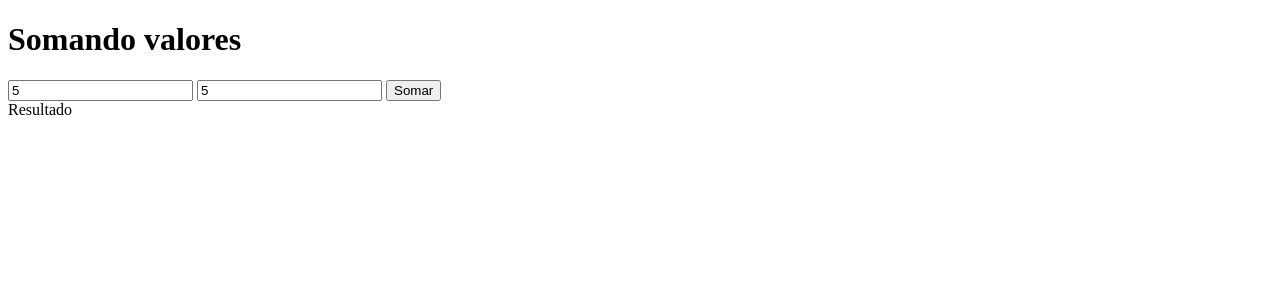
Repository: Iamjordana/Curso-JavaScript
Page: ex007/index.html
An editor plug-in stored every save of this project. The page is shown before and after the next save, followed by the edit.
The browser window is 1280 px wide. The pictures show the whole page.
Empty fields were first filled with sample values (such as "Sample", 5 or name@example.com).
After loading, the first visible `input[onclick="somar()"]` was clicked once.

Above is the page before, as saved 2025-02-17 13:40:33.
Console error: SyntaxError: Unexpected end of input

After the next save:
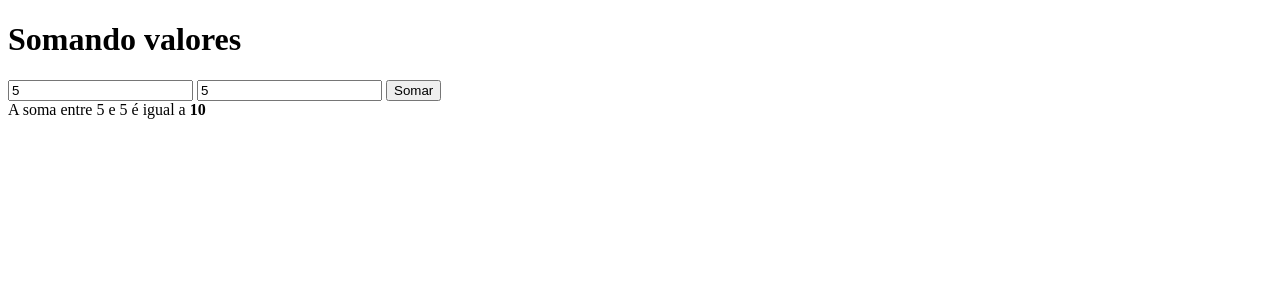
The error is gone.
Saved 4 s later.
--- a/ex007/index.html
+++ b/ex007/index.html
@@ -12,7 +12,15 @@
     <input type="button" value="Somar" onclick="somar()">
     <div id="res">Resultado</div>
     <script>
-        function
+        function somar(){
+            var tn1 = window.document.getElementById('txtn1')
+            var tn2 = window.document.querySelector('input#txtn2')
+            var res = window.document.getElementById('res')
+            var n1 = Number(tn1.value)
+            var n2 = Number(tn2.value)
+            var s = n1 + n2
+            res.innerHTML = `A soma entre ${n1} e ${n2} é igual a <strong>${s}</strong>`
+        }
     </script>
 </body>
 </html>
